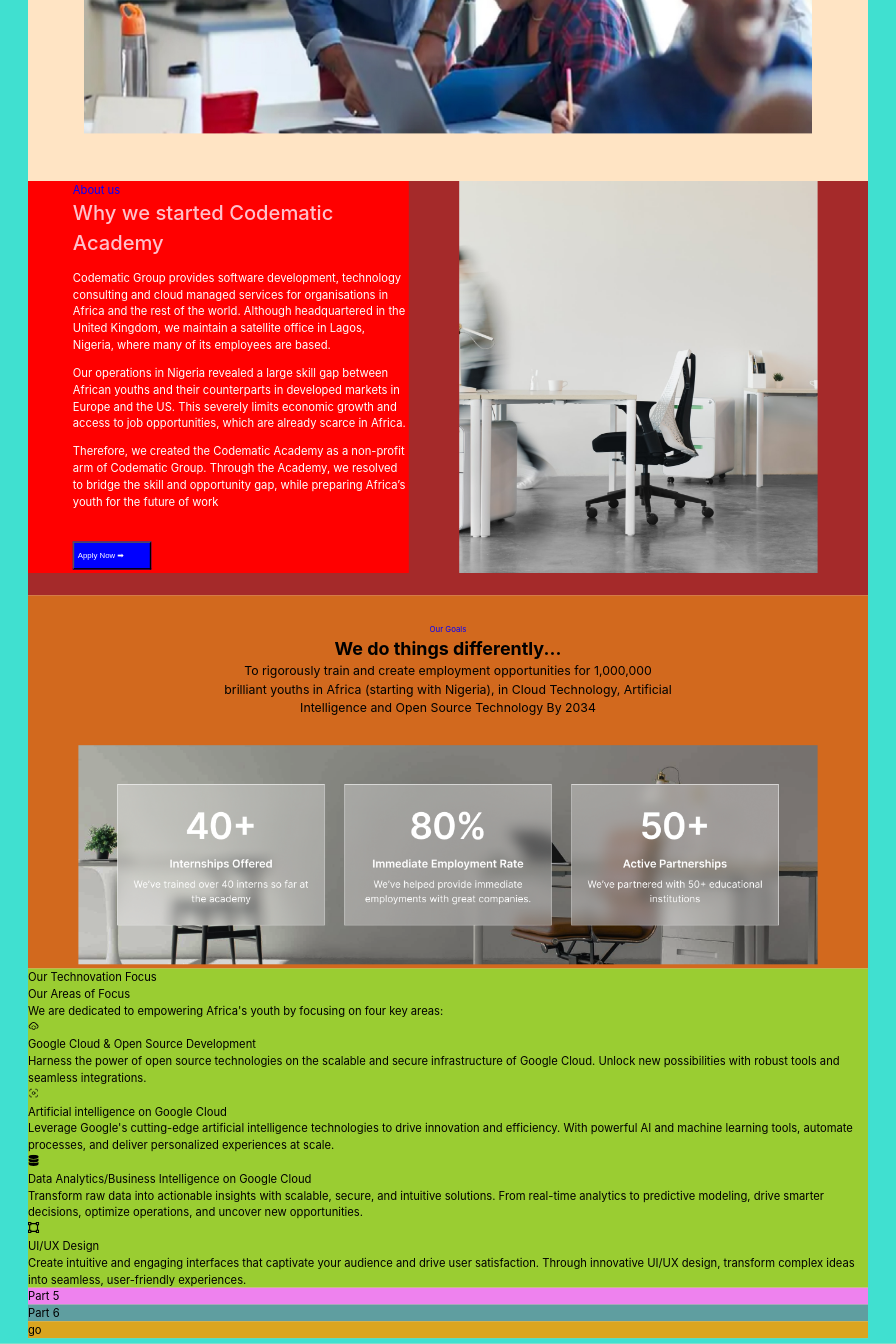
Repository: Gabriel221-dev/Codematic-page
Page: /
The author's editor kept a copy of each file at every save. The page is drawn from the files as they stood at one save, then again after the next save.
The browser window is 1280 px wide. The pictures show the part of the page from y = 791 to 2711 px (the page is 2711 px tall before and 2687 px after), at 70% of full size.
The project was rebuilt for these pictures with package versions that can differ from the ones it lists, and the page was loaded fresh each time. Also part of the build but not shown: vite.config.js.

Above is the page before, as saved 2024-07-25 08:59:29.

After the next save:
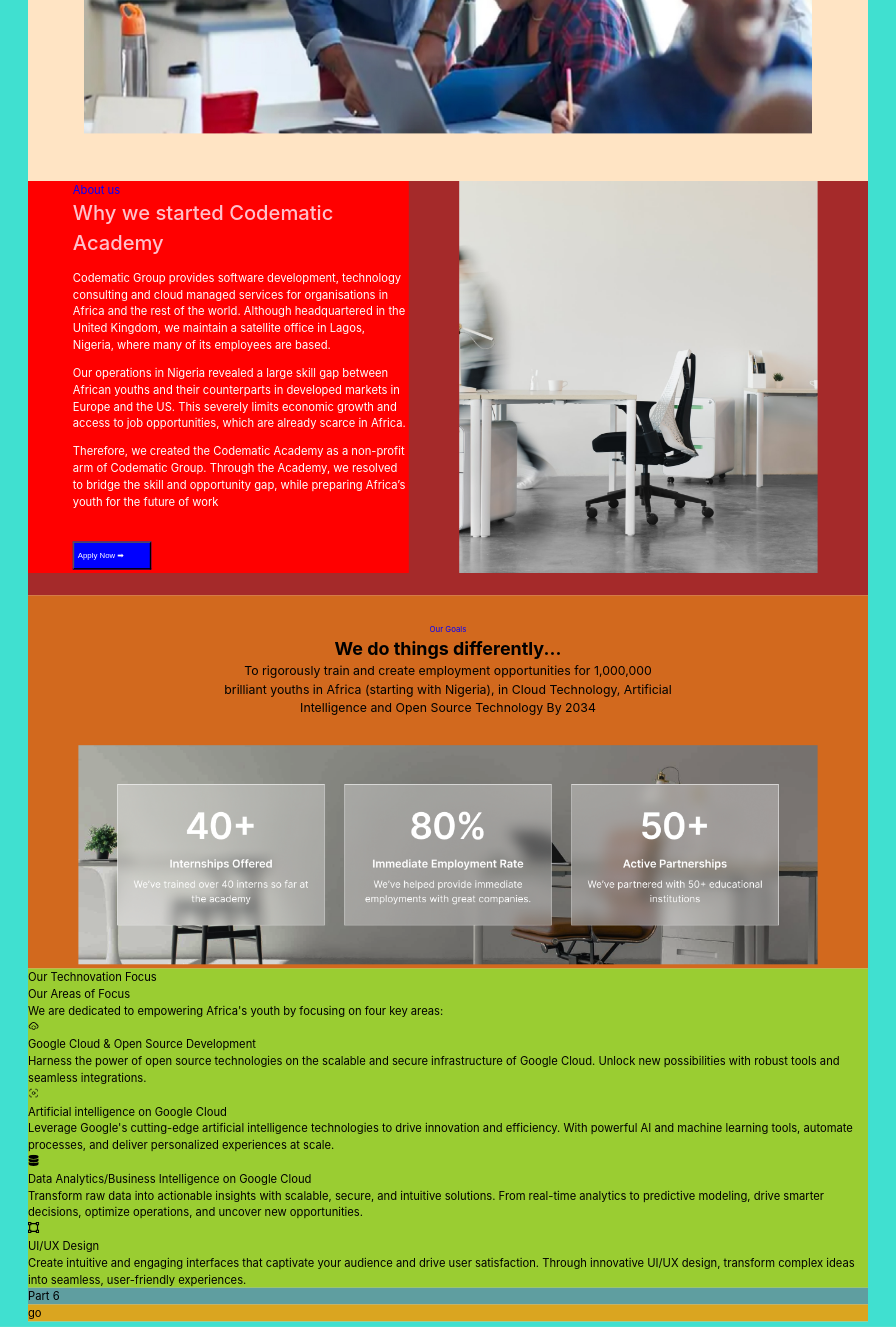
Saved 101 s later.
--- a/src/pages/home.jsx
+++ b/src/pages/home.jsx
@@ -164,7 +164,11 @@
           </content>
         </container>
       </section>
-      <section className="Home-5"> Part 5</section>
+      <section className="Home-5">
+        <container>
+          <div></div>
+        </container>
+      </section>
       <section className="Home-6"> Part 6</section>
       <section className="Home-7"> go</section>
     </div>

After the 2 saves that followed:
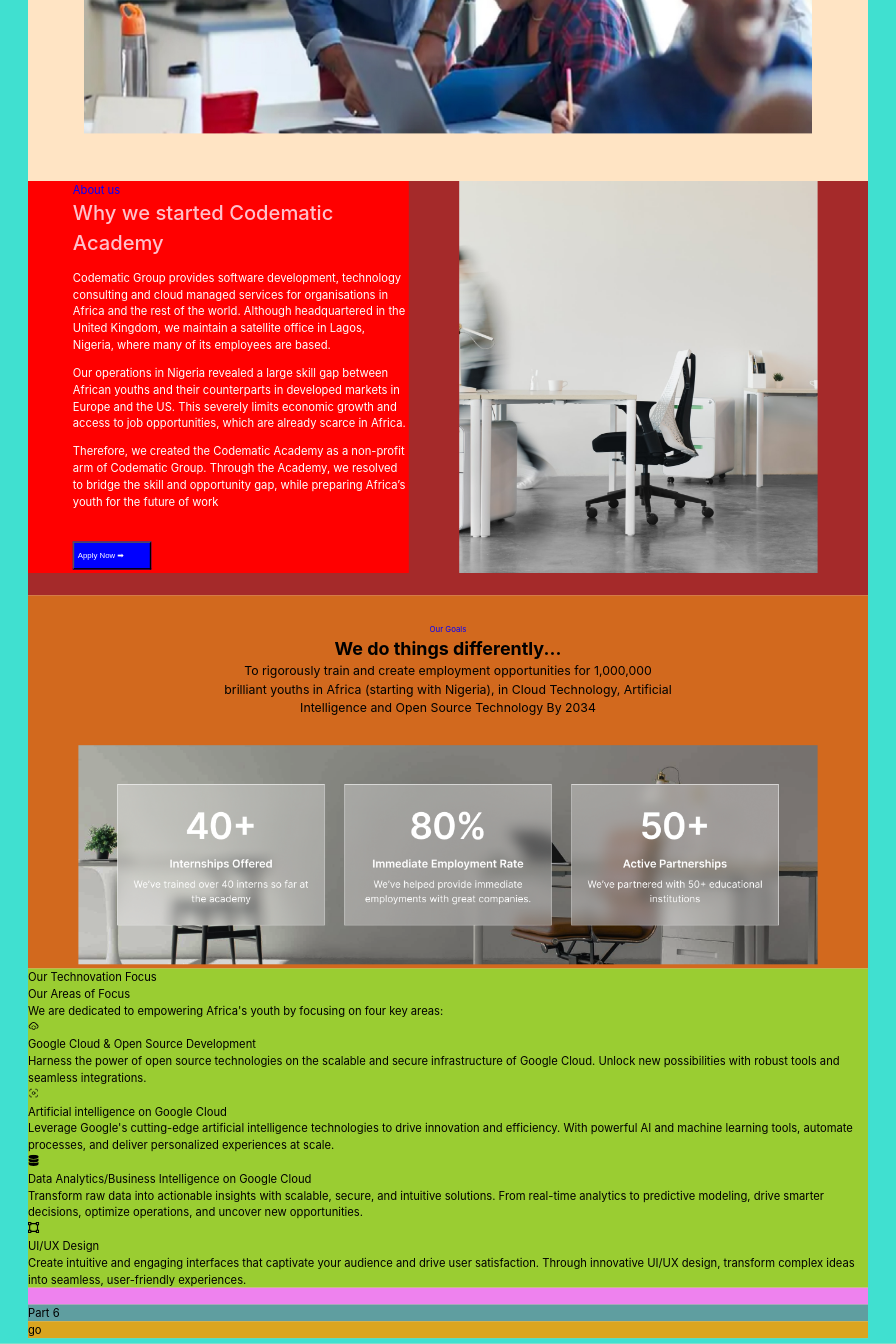
The 2 saves are shown as one change because 1 left the picture as it was.
The last was saved 106 s later.
--- a/src/pages/home.jsx
+++ b/src/pages/home.jsx
@@ -166,7 +166,14 @@
       </section>
       <section className="Home-5">
         <container>
-          <div></div>
+          <content>
+            <div>
+              <img src="" alt="" />
+            </div>
+            <article>
+              <div></div>
+            </article>
+          </content>
         </container>
       </section>
       <section className="Home-6"> Part 6</section>
